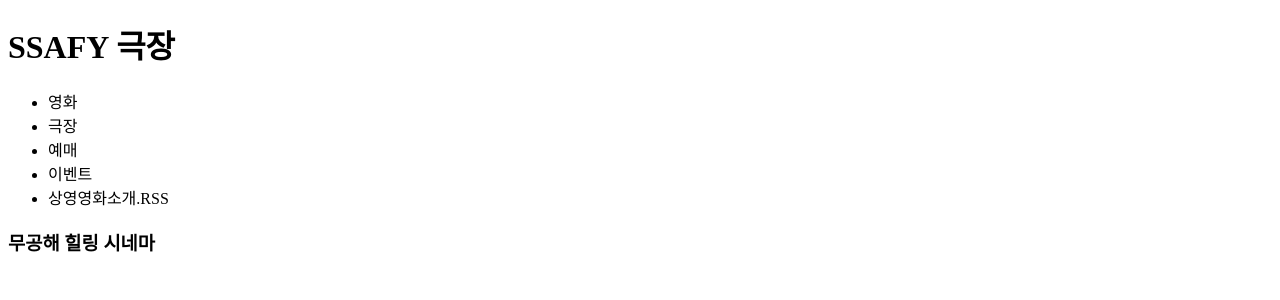
Repository: Seonhanbit/dev
Page: work_frontend/ws_frontend_0826_선한빛/WebContent/index.html
These files come from the project's save history. The page is drawn as it stood at one moment and after the next save; the edit follows.
The browser window is 1280 px wide. The pictures show the whole page.

Above is the page before, as saved 2019-08-26 06:58:11.

### work_frontend/ws_frontend_0826_선한빛/WebContent/index.html
<!DOCTYPE html>
<html>
<head>
<meta charset="UTF-8">
<title>Insert title here</title>
</head>
<body>
	<header>
		<h1>SSAFY 극장</h1>
		<ul>
			<li>영화</li>
			<li>극장</li>
			<li>예매</li>
			<li>이벤트</li>
			<li>상영영화소개.RSS</li>
		</ul>

		<h3>무공해 힐링 시네마</h3>

	</header>
</body>
</html>

After the next save:
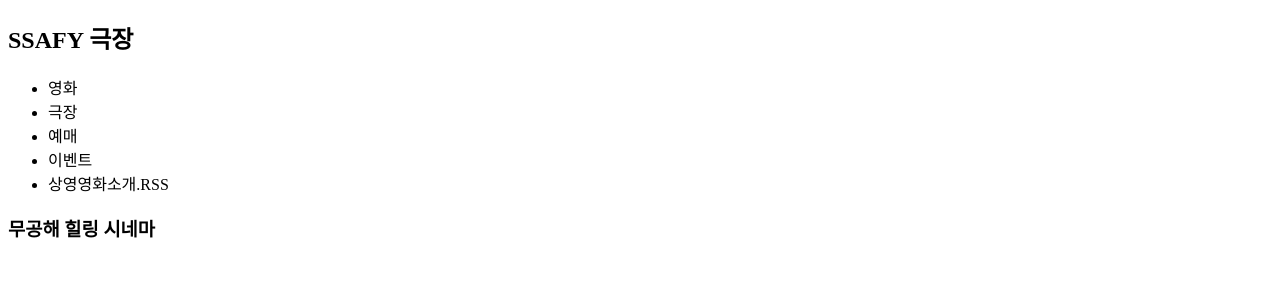
Saved 60 s later.
--- a/work_frontend/ws_frontend_0826_선한빛/WebContent/index.html
+++ b/work_frontend/ws_frontend_0826_선한빛/WebContent/index.html
@@ -6,17 +6,17 @@
 </head>
 <body>
 	<header>
-		<h1>SSAFY 극장</h1>
-		<ul>
-			<li>영화</li>
-			<li>극장</li>
-			<li>예매</li>
-			<li>이벤트</li>
-			<li>상영영화소개.RSS</li>
-		</ul>
+		<section>
+			<h1>SSAFY 극장</h1>
+			<ul>
+				<li>영화</li>
+				<li>극장</li>
+				<li>예매</li>
+				<li>이벤트</li>
+				<li>상영영화소개.RSS</li>
+			</ul>
 
-		<h3>무공해 힐링 시네마</h3>
-
+			<h3>무공해 힐링 시네마</h3>
 	</header>
 </body>
 </html>
